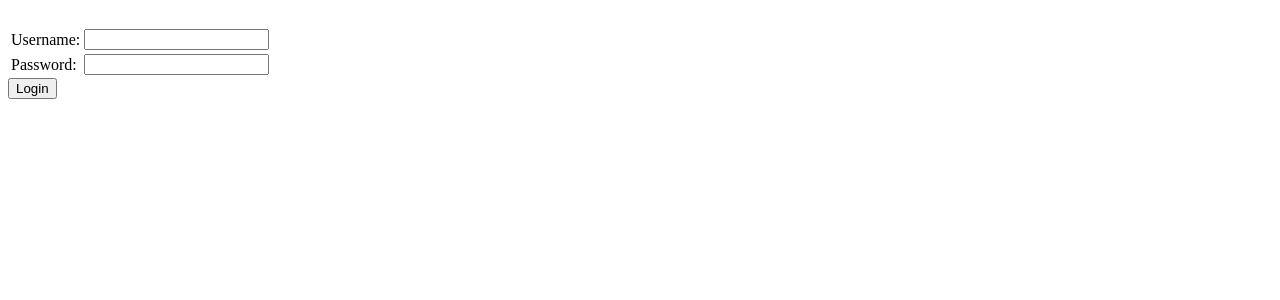
Repository: Kevin-Zhang-0/cs336Project
Page: http://localhost/cs336Sample/createAccount.jsp
An editor plug-in stored every save of this project. The page is shown before and after the next save, followed by the edit.
The browser window is 1280 px wide. The pictures show the whole page.
The page is served by Tomcat 9. Other server files are loaded and not shown.

Above is the page before, as saved 2022-05-04 03:08:25.

### cs336Sample/src/main/webapp/createAccount.jsp
<%@ page language="java" contentType="text/html; charset=ISO-8859-1"
    pageEncoding="ISO-8859-1"%>
<!DOCTYPE html>
<html>
<head>
<meta charset="ISO-8859-1">
<title>Insert title here</title>
</head>
<body>


	<br>
		<form method="post" action="loginLogic.jsp">
			<table>
				<tr>
					<td>Username:</td><td><input type="text" name="username"></td>
				</tr>
				<tr>
					<td>Password:</td><td><input type="text" name="password"></td>
				</tr>
			</table>
			<input type="submit" value="Login">
		</form>
	<br>


</body>
</html>

After the next save:
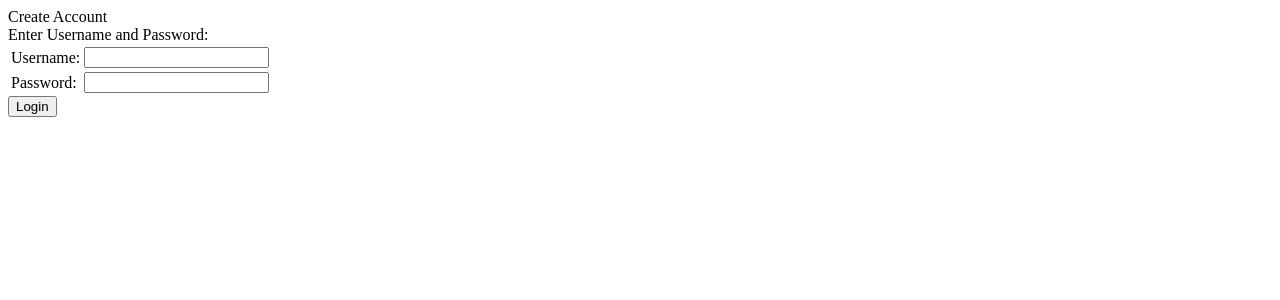
Saved 30 s later.
--- a/cs336Sample/src/main/webapp/createAccount.jsp
+++ b/cs336Sample/src/main/webapp/createAccount.jsp
@@ -8,6 +8,11 @@
 </head>
 <body>
 
+	Create Account
+
+	<br>
+
+	Enter Username and Password:
 
 	<br>
 		<form method="post" action="loginLogic.jsp">
